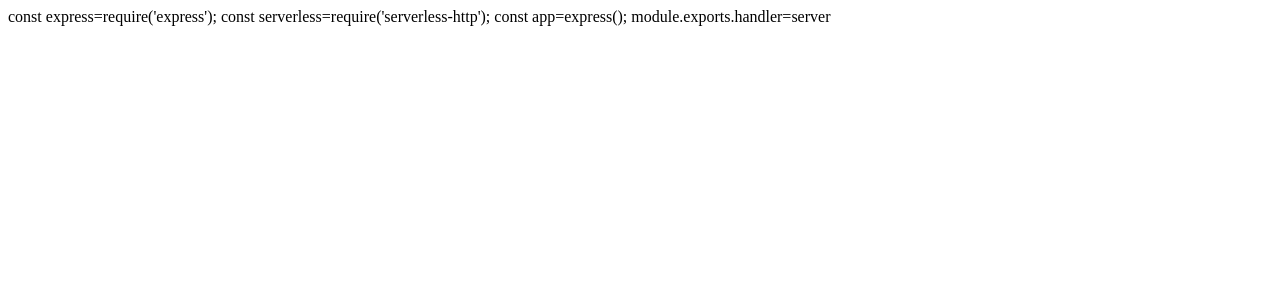
Repository: UUUnknownUser/ABCTEST
Page: dist/index.html
These files come from the project's save history. The page is drawn as it stood at one moment and after a run of saves; the edit follows.
The browser window is 1280 px wide. The pictures show the whole page.

Above is the page before, as saved 2022-12-09 01:18:37.

After the next 4 saves:
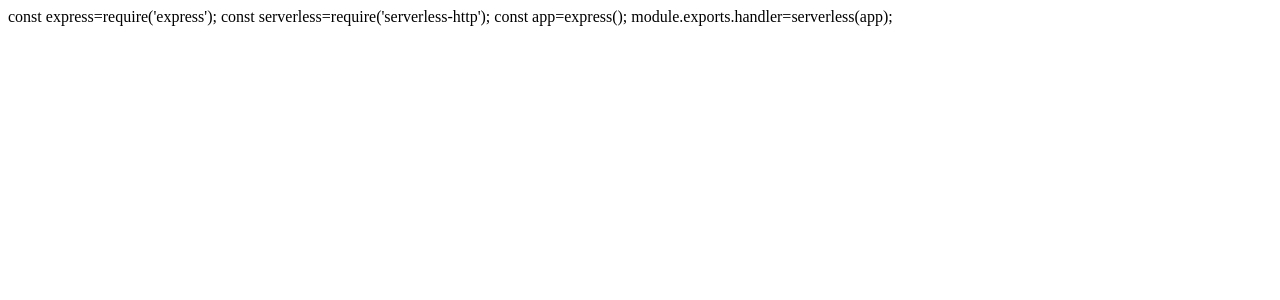
The 4 saves are shown as one change because they came seconds apart.
The last was saved 11 s later.
--- a/dist/index.html
+++ b/dist/index.html
@@ -3,4 +3,4 @@
 
 const app=express();
 
-module.exports.handler=server
+module.exports.handler=serverless(app);
